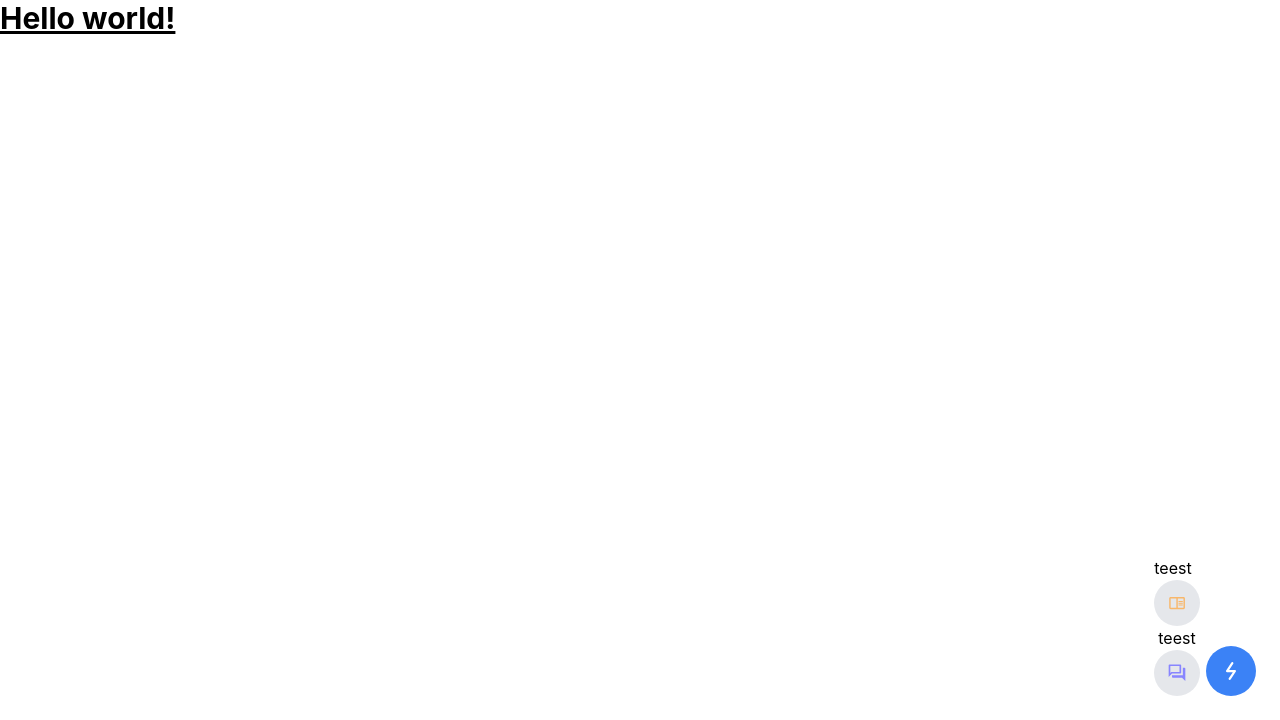
Repository: farrelmuhammad/quick-chat-task
Page: /, after clicking the first element matching `button.bg-blue-500`
The author's editor kept a copy of each file at every save. The page is drawn from the files as they stood at one save, then again after the next save.
The browser window is 1280 px wide. The pictures show the whole page.
The project was rebuilt for these pictures with package versions that can differ from the ones it lists, and the page was loaded fresh each time. Also part of the build but not shown: src/App.css.

Above is the page before, as saved 2023-09-18 10:47:14.

### src/App.js
import logo from './logo.svg';
import './App.css';
import { useState } from 'react';

function App() {
  const [showAdditionalButtons, setShowAdditionalButtons] = useState(false);

  const toggleAdditionalButtons = () => {
    setShowAdditionalButtons(!showAdditionalButtons);
  };
  return (
    <div>
      <h1 className="text-3xl font-bold underline">Hello world!</h1>
      <div className='fixed bottom-6 right-6'>
        <button className="bg-blue-500 text-white cursor-pointer transition hover:bg-blue-700 p-4 rounded-full" onClick={toggleAdditionalButtons}>
          <svg width="18" height="18" viewBox="0 0 18 32" fill="none" xmlns="http://www.w3.org/2000/svg">
            <path fill-rule="evenodd" clip-rule="evenodd" d="M12.4427 0.335929C13.3618 0.948634 13.6101 2.19037 12.9974 3.10943L5.73704 14H16C16.7376 14 17.4153 14.406 17.7634 15.0563C18.1114 15.7066 18.0732 16.4957 17.6641 17.1094L8.33077 31.1094C7.71807 32.0285 6.47633 32.2768 5.55727 31.6641C4.63821 31.0514 4.38986 29.8097 5.00257 28.8906L12.263 18H2C1.26241 18 0.584692 17.5941 0.236654 16.9437C-0.111384 16.2934 -0.0732391 15.5043 0.335902 14.8906L9.66924 0.890629C10.2819 -0.0284284 11.5237 -0.276776 12.4427 0.335929Z" fill="white" />
          </svg>
        </button>
      </div>


      {showAdditionalButtons && (
        <div className="fixed bottom-6 right-20 space-x-2 text-center">
          <p>teest</p>
          <button className="bg-gray-200 text-white cursor-pointer transition hover:bg-blue-700 p-3.5 rounded-full">
            <svg width="18" height="18" viewBox="0 0 28 28" fill="none" xmlns="http://www.w3.org/2000/svg">
              <path fill-rule="evenodd" clip-rule="evenodd" d="M4.11114 4.66669H24.1111C25.3334 4.66669 26.3334 5.66669 26.3334 6.88891V21.3334C26.3334 22.5556 25.3334 23.5556 24.1111 23.5556H4.11114C2.88892 23.5556 1.88892 22.5556 1.88892 21.3334V6.88891C1.88892 5.66669 2.88892 4.66669 4.11114 4.66669ZM4.11114 6.88891V21.3334H13V6.88891H4.11114ZM24.1111 21.3334H15.2222V6.88891H24.1111V21.3334ZM23 10.7778H16.3334V12.4445H23V10.7778ZM16.3334 13.5556H23V15.2222H16.3334V13.5556ZM23 16.3334H16.3334V18H23V16.3334Z" fill="#F8B76B" />
            </svg>
          </button>

          <p>teest</p>
          <button className="bg-gray-200 text-white cursor-pointer transition hover:bg-blue-700 p-3.5 rounded-full">
            <svg width="18" height="18" viewBox="0 0 24 23" fill="none" xmlns="http://www.w3.org/2000/svg">
              <path fill-rule="evenodd" clip-rule="evenodd" d="M16.4443 0.110657H1.9999C1.38879 0.110657 0.888794 0.610657 0.888794 1.22177V16.7773L5.33324 12.3329H16.4443C17.0555 12.3329 17.5555 11.8329 17.5555 11.2218V1.22177C17.5555 0.610657 17.0555 0.110657 16.4443 0.110657ZM15.3332 2.3328V10.1106H4.41103L3.75547 10.7661L3.11103 11.4106V2.3328H15.3332ZM19.7777 4.55512H21.9999C22.611 4.55512 23.111 5.05512 23.111 5.66623V22.3329L18.6666 17.8885H6.44435C5.83324 17.8885 5.33324 17.3885 5.33324 16.7773V14.5551H19.7777V4.55512Z" fill="#8885FF" />
            </svg>
          </button>
        </div>
      )}
    </div>
  );
}

export default App;

### tailwind.config.js
/** @type {import('tailwindcss').Config} */
module.exports = {
  content: [
    "./src/**/*.{js,jsx,ts,tsx}",
  ],
  theme: {
    extend: {
      inset: {
        '0': '0',
        auto: 'auto',
        '1/2': '50%',
      },
    },
  },
  plugins: [],
}

Loaded but not shown: public/index.html (common file); src/index.js (common file); src/index.css (common file); src/reportWebVitals.js (common file)

After the next save:
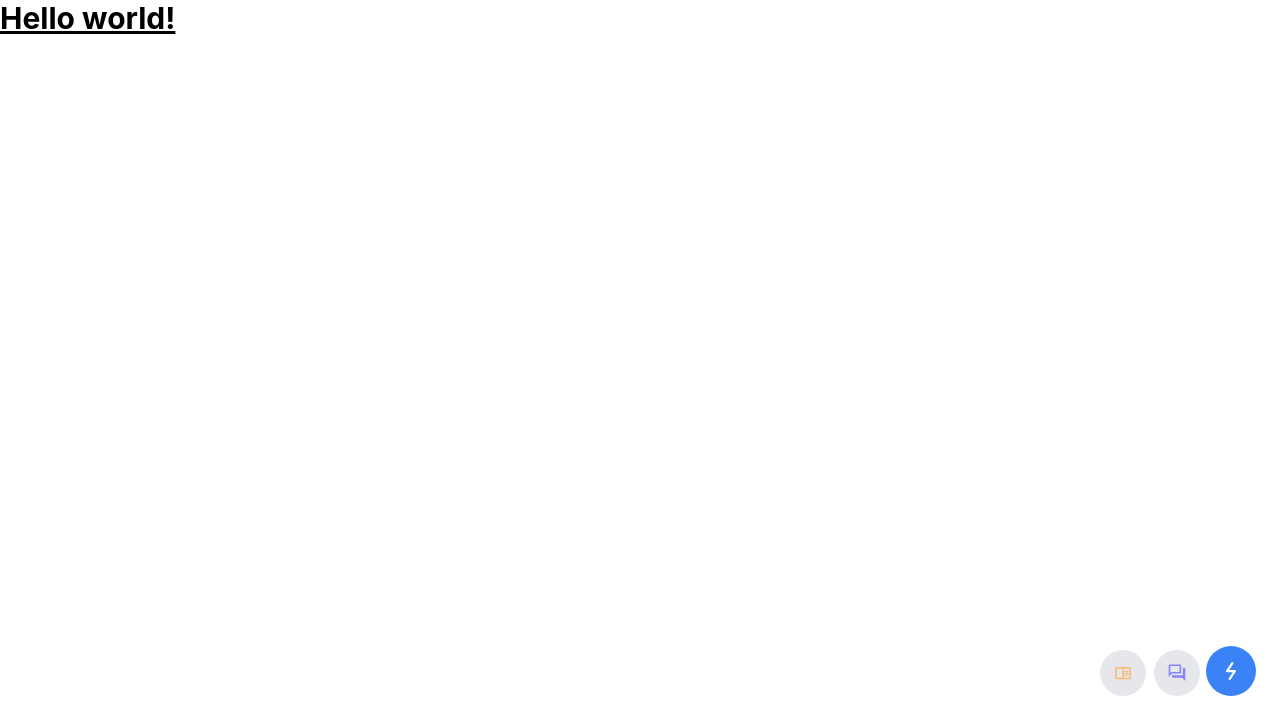
Saved 6 s later.
--- a/src/App.js
+++ b/src/App.js
@@ -22,14 +22,12 @@ function App() {
 
       {showAdditionalButtons && (
         <div className="fixed bottom-6 right-20 space-x-2 text-center">
-          <p>teest</p>
           <button className="bg-gray-200 text-white cursor-pointer transition hover:bg-blue-700 p-3.5 rounded-full">
             <svg width="18" height="18" viewBox="0 0 28 28" fill="none" xmlns="http://www.w3.org/2000/svg">
               <path fill-rule="evenodd" clip-rule="evenodd" d="M4.11114 4.66669H24.1111C25.3334 4.66669 26.3334 5.66669 26.3334 6.88891V21.3334C26.3334 22.5556 25.3334 23.5556 24.1111 23.5556H4.11114C2.88892 23.5556 1.88892 22.5556 1.88892 21.3334V6.88891C1.88892 5.66669 2.88892 4.66669 4.11114 4.66669ZM4.11114 6.88891V21.3334H13V6.88891H4.11114ZM24.1111 21.3334H15.2222V6.88891H24.1111V21.3334ZM23 10.7778H16.3334V12.4445H23V10.7778ZM16.3334 13.5556H23V15.2222H16.3334V13.5556ZM23 16.3334H16.3334V18H23V16.3334Z" fill="#F8B76B" />
             </svg>
           </button>
 
-          <p>teest</p>
           <button className="bg-gray-200 text-white cursor-pointer transition hover:bg-blue-700 p-3.5 rounded-full">
             <svg width="18" height="18" viewBox="0 0 24 23" fill="none" xmlns="http://www.w3.org/2000/svg">
               <path fill-rule="evenodd" clip-rule="evenodd" d="M16.4443 0.110657H1.9999C1.38879 0.110657 0.888794 0.610657 0.888794 1.22177V16.7773L5.33324 12.3329H16.4443C17.0555 12.3329 17.5555 11.8329 17.5555 11.2218V1.22177C17.5555 0.610657 17.0555 0.110657 16.4443 0.110657ZM15.3332 2.3328V10.1106H4.41103L3.75547 10.7661L3.11103 11.4106V2.3328H15.3332ZM19.7777 4.55512H21.9999C22.611 4.55512 23.111 5.05512 23.111 5.66623V22.3329L18.6666 17.8885H6.44435C5.83324 17.8885 5.33324 17.3885 5.33324 16.7773V14.5551H19.7777V4.55512Z" fill="#8885FF" />
